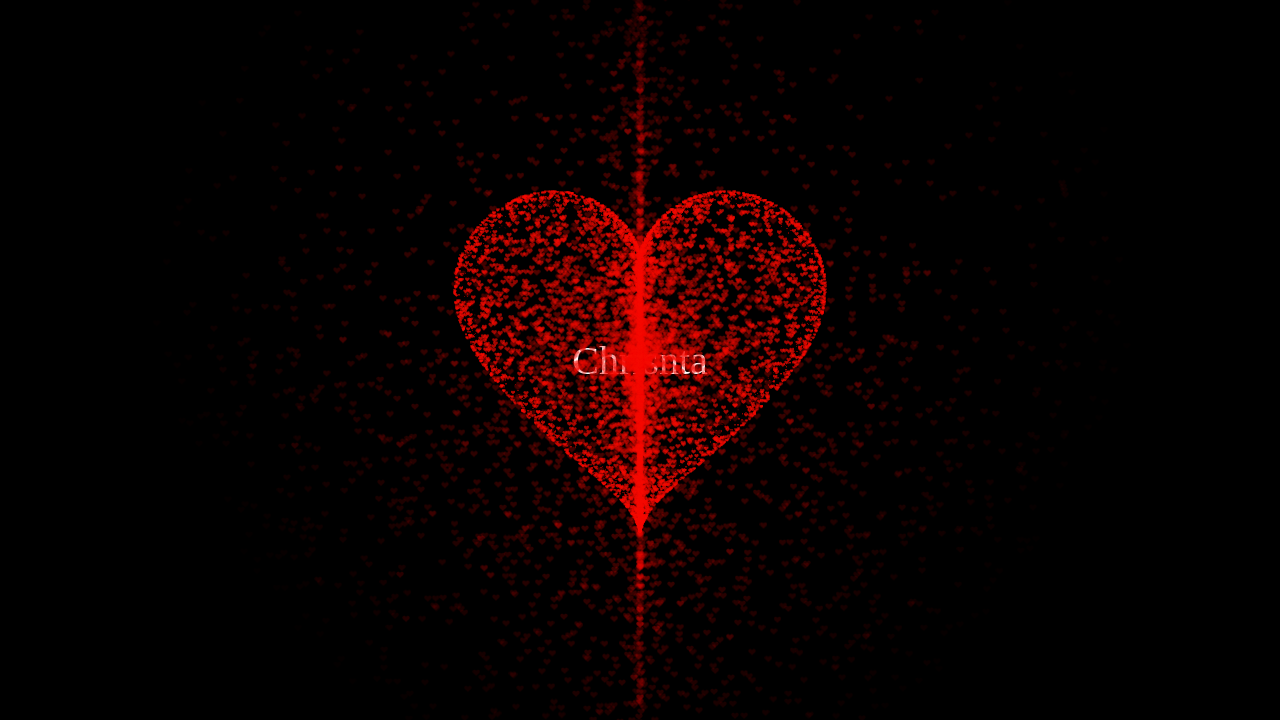
Repository: thaiduy1704/Heart
Page: index.html
An editor plug-in stored every save of this project. The page is shown before and after the next save, followed by the edit.
The browser window is 1280 px wide. The pictures show the whole page.

Above is the page before, as saved 2022-11-11 01:58:15.
Not found: style.css

### index.html
<!DOCTYPE HTML PUBLIC "-//W3C//DTD HTML 4.0 Transitional//EN">
<HTML>
 <HEAD>
  <TITLE> MINH IT </TITLE>
  <META NAME="Generator" CONTENT="EditPlus">
  <META NAME="Author" CONTENT="">
  <META NAME="Keywords" CONTENT="">
  <META NAME="Description" CONTENT="">
  <link rel="stylesheet" href="style.css">
  <style>
  html, body {
  height: 100%;
  padding: 0;
  margin: 0;
  background: rgba(0, 0, 0, 0.851);
}
canvas {
  position: absolute;
  width: 100%;
  height: 100%;
}
  </style>
 </HEAD>
 <BODY>
  <div class="box">
    <canvas id="pinkboard"></canvas>
  </div>
<script>
var settings = {
  particles: {
    length:   10000, // maximum amount of particles
    duration:   4, // particle duration in sec
    velocity: 80, // particle velocity in pixels/sec
    effect: -1.5, // play with this for a nice effect
    size:      8, // particle size in pixels
  },
};
/*
 */
(function(){var b=0;var c=["ms","moz","webkit","o"];for(var a=0;a<c.length&&!window.requestAnimationFrame;++a){window.requestAnimationFrame=window[c[a]+"RequestAnimationFrame"];window.cancelAnimationFrame=window[c[a]+"CancelAnimationFrame"]||window[c[a]+"CancelRequestAnimationFrame"]}if(!window.requestAnimationFrame){window.requestAnimationFrame=function(h,e){var d=new Date().getTime();var f=Math.max(0,16-(d-b));var g=window.setTimeout(function(){h(d+f)},f);b=d+f;return g}}if(!window.cancelAnimationFrame){window.cancelAnimationFrame=function(d){clearTimeout(d)}}}());
/*
 * Point class
 */
var Point = (function() {
  function Point(x, y) {
    this.x = (typeof x !== 'undefined') ? x : 0;
    this.y = (typeof y !== 'undefined') ? y : 0;
  }
  Point.prototype.clone = function() {
    return new Point(this.x, this.y);
  };
  Point.prototype.length = function(length) {
    if (typeof length == 'undefined')
      return Math.sqrt(this.x * this.x + this.y * this.y);
    this.normalize();
    this.x *= length;
    this.y *= length;
    return this;
  };
  Point.prototype.normalize = function() {
    var length = this.length();
    this.x /= length;
    this.y /= length;
    return this;
  };
  return Point;
})();
/*
 * Particle class
 */
var Particle = (function() {
  function Particle() {
    this.position = new Point();
    this.velocity = new Point();
    this.acceleration = new Point();
    this.age = 0;
  }
  Particle.prototype.initialize = function(x, y, dx, dy) {
    this.position.x = x;
    this.position.y = y;
    this.velocity.x = dx;
    this.velocity.y = dy;
    this.acceleration.x = dx * settings.particles.effect;
    this.acceleration.y = dy * settings.particles.effect;
    this.age = 0;
  };
  Particle.prototype.update = function(deltaTime) {
    this.position.x += this.velocity.x * deltaTime;
    this.position.y += this.velocity.y * deltaTime;
    this.velocity.x += this.acceleration.x * deltaTime;
    this.velocity.y += this.acceleration.y * deltaTime;
    this.age += deltaTime;
  };
  Particle.prototype.draw = function(context, image) {
    function ease(t) {
      return (--t) * t * t + 1;
    }
    var size = image.width * ease(this.age / settings.particles.duration);
    context.globalAlpha = 1 - this.age / settings.particles.duration;
    context.drawImage(image, this.position.x - size / 2, this.position.y - size / 2, size, size);
  };
  return Particle;
})();
/*
 * ParticlePool class
 */
var ParticlePool = (function() {
  var particles,
      firstActive = 0,
      firstFree   = 0,
      duration    = settings.particles.duration;

  function ParticlePool(length) {
    // create and populate particle pool
    particles = new Array(length);
    for (var i = 0; i < particles.length; i++)
      particles[i] = new Particle();
  }
  ParticlePool.prototype.add = function(x, y, dx, dy) {
    particles[firstFree].initialize(x, y, dx, dy);

    // handle circular queue
    firstFree++;
    if (firstFree   == particles.length) firstFree   = 0;
    if (firstActive == firstFree       ) firstActive++;
    if (firstActive == particles.length) firstActive = 0;
  };
  ParticlePool.prototype.update = function(deltaTime) {
    var i;

    // update active particles
    if (firstActive < firstFree) {
      for (i = firstActive; i < firstFree; i++)
        particles[i].update(deltaTime);
    }
    if (firstFree < firstActive) {
      for (i = firstActive; i < particles.length; i++)
        particles[i].update(deltaTime);
      for (i = 0; i < firstFree; i++)
        particles[i].update(deltaTime);
    }

    // remove inactive particles
    while (particles[firstActive].age >= duration && firstActive != firstFree) {
      firstActive++;
      if (firstActive == particles.length) firstActive = 0;
    }


  };
  ParticlePool.prototype.draw = function(context, image) {
    // draw active particles
    if (firstActive < firstFree) {
      for (i = firstActive; i < firstFree; i++)
        particles[i].draw(context, image);
    }
    if (firstFree < firstActive) {
      for (i = firstActive; i < particles.length; i++)
        particles[i].draw(context, image);
      for (i = 0; i < firstFree; i++)
        particles[i].draw(context, image);
    }
  };
  return ParticlePool;
})();
/*
 * Putting it all together
 */
(function(canvas) {
  var context = canvas.getContext('2d'),
      particles = new ParticlePool(settings.particles.length),
      particleRate = settings.particles.length / settings.particles.duration, // particles/sec
      time;

  // get point on heart with -PI <= t <= PI
  function pointOnHeart(t) {
    return new Point(
      160 * Math.pow(Math.sin(t), 3),
      130 * Math.cos(t) - 50 * Math.cos(2 * t) - 20 * Math.cos(3 * t) - 10 * Math.cos(4 * t) + 25
    );
  }

  // creating the particle image using a dummy canvas
  var image = (function() {
    var canvas  = document.createElement('canvas'),
        context = canvas.getContext('2d');
    canvas.width  = settings.particles.size;
    canvas.height = settings.particles.size;
    // helper function to create the path
    function to(t) {
      var point = pointOnHeart(t);
      point.x = settings.particles.size / 2 + point.x * settings.particles.size / 350;
      point.y = settings.particles.size / 2 - point.y * settings.particles.size / 350;
      return point;
    }
    // create the path
    context.beginPath();
    var t = -Math.PI;
    var point = to(t);
    context.moveTo(point.x, point.y);
    while (t < Math.PI) {
      t += 0.01; // baby steps!
      point = to(t);
      context.lineTo(point.x, point.y);
    }
    context.closePath();
    // create the fill
    context.fillStyle = '#f50b02';
    context.fill();
    // create the image
    var image = new Image();
    image.src = canvas.toDataURL();
    return image;
  })();

  // render that thing!
  function render() {
    // next animation frame
    requestAnimationFrame(render);

    // update time
    var newTime   = new Date().getTime() / 1000,
        deltaTime = newTime - (time || newTime);
    time = newTime;

    // clear canvas
    context.clearRect(0, 0, canvas.width, canvas.height);

    // create new particles
    var amount = particleRate * deltaTime;
    for (var i = 0; i < amount; i++) {
      var pos = pointOnHeart(Math.PI - 2 * Math.PI * Math.random());
      var dir = pos.clone().length(settings.particles.velocity);
      particles.add(canvas.width / 2 + pos.x, canvas.height / 2 - pos.y, dir.x, -dir.y);
    }

    // update and draw particles
    particles.update(deltaTime);
    particles.draw(context, image);
  }

  // handle (re-)sizing of the canvas
  function onResize() {
    canvas.width  = canvas.clientWidth;
    canvas.height = canvas.clientHeight;
  }
  window.onresize = onResize;

  // delay rendering bootstrap
  setTimeout(function() {
    onResize();
    render();
  }, 10);
})(document.getElementById('pinkboard'));
  </script>
 </BODY>
</HTML>
</HTML>
  </script>
  <div class="center-text",
  style="background-color:rgb(0, 0, 0);
        width: 100%;
        color: white ;
        height:100%;
        font-size: 40px;
        font-style: Bold;
        font-family: 'Dancing Script', cursive;
        display: flex;
        align-items: center;
        justify-content: center;
        margin-bottom: 200px;
        text-align: center;">Chrisnta</div>
 </BODY>
</HTML>
<!-- color: rgb(225, 12, 168); -->

After the next save:
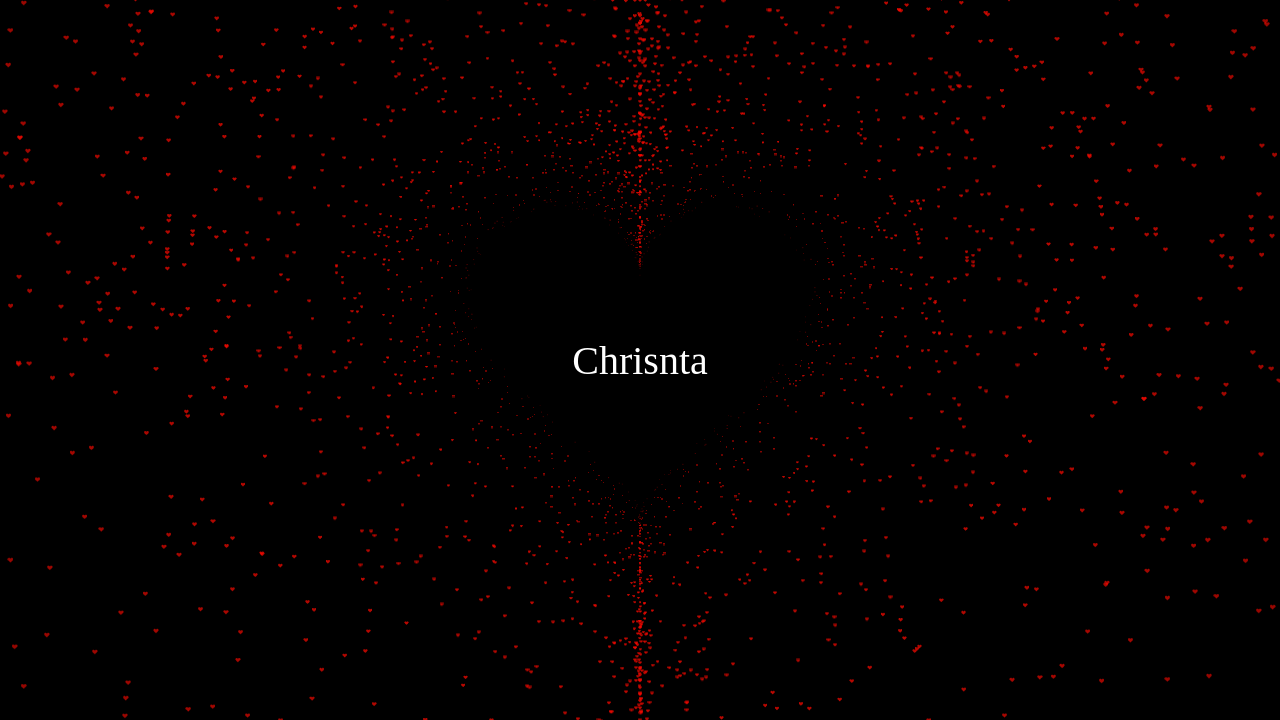
Saved 13 s later.
--- a/index.html
+++ b/index.html
@@ -31,7 +31,7 @@ var settings = {
     length:   10000, // maximum amount of particles
     duration:   4, // particle duration in sec
     velocity: 80, // particle velocity in pixels/sec
-    effect: -1.5, // play with this for a nice effect
+    effect: 5, // play with this for a nice effect
     size:      8, // particle size in pixels
   },
 };
